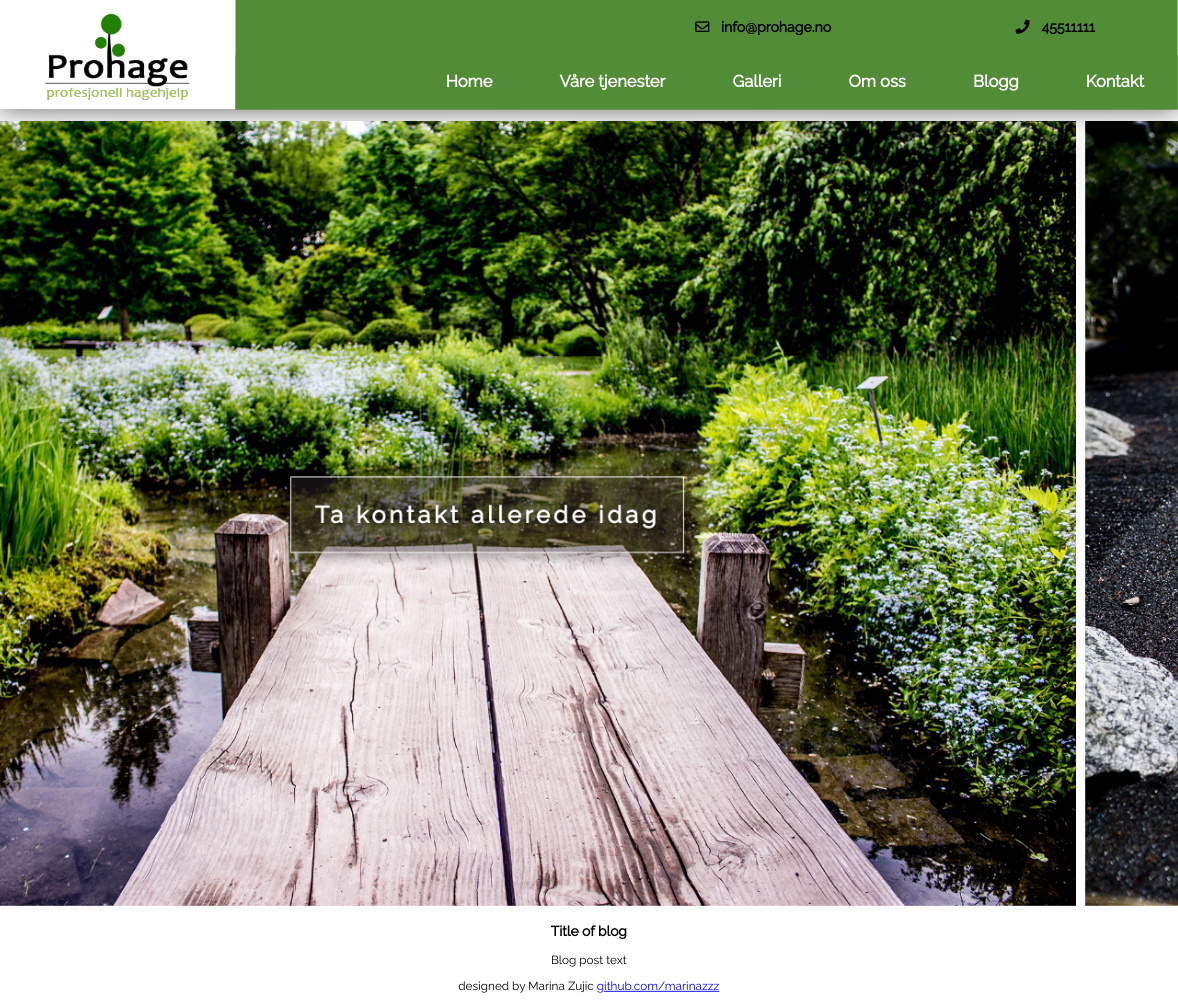
Repository: marinazzz/garden-design-website
Page: index.html
These files come from the project's save history. The page is drawn as it stood at one moment and after the next save; the edit follows.
The browser window is 1280 px wide. The pictures show the whole page, at 92% of full size.

Above is the page before, as saved 2020-03-31 09:42:48.

After the next save:
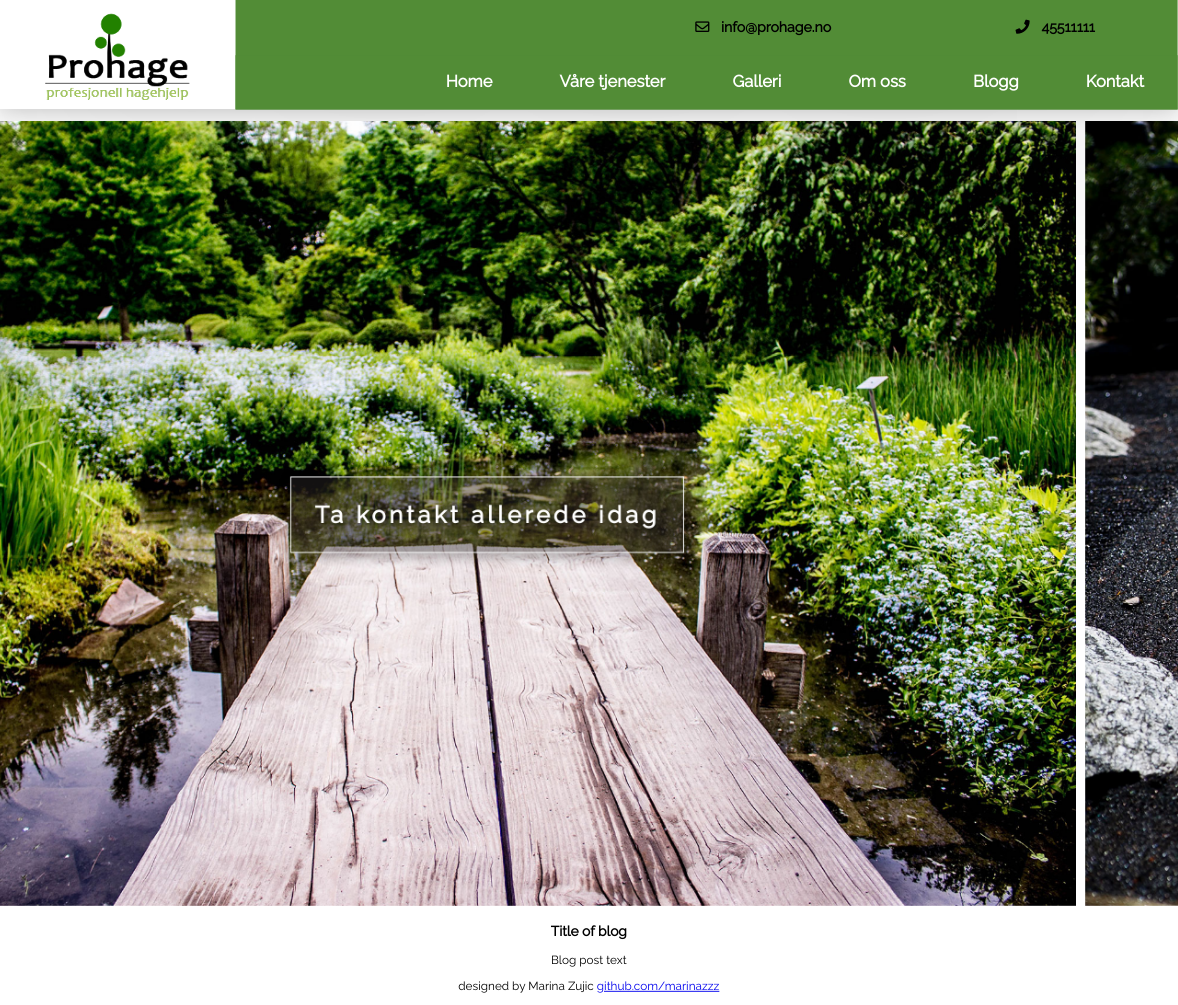
Saved 76 s later.
--- a/CSS/min-width-768px.css
+++ b/CSS/min-width-768px.css
@@ -14,7 +14,7 @@
 
    .container__menu {
     grid-template-columns: 2fr 80%;
-    box-shadow: 0 0 2rem 0 rgba(0, 0, 0, 0.62), 0 0 30rem 0 rgba(0, 0, 0, 0.19);
+    box-shadow: 1rem 0.6rem -0.6rem grey;
   }
 
   .container__items {

After the save that followed:
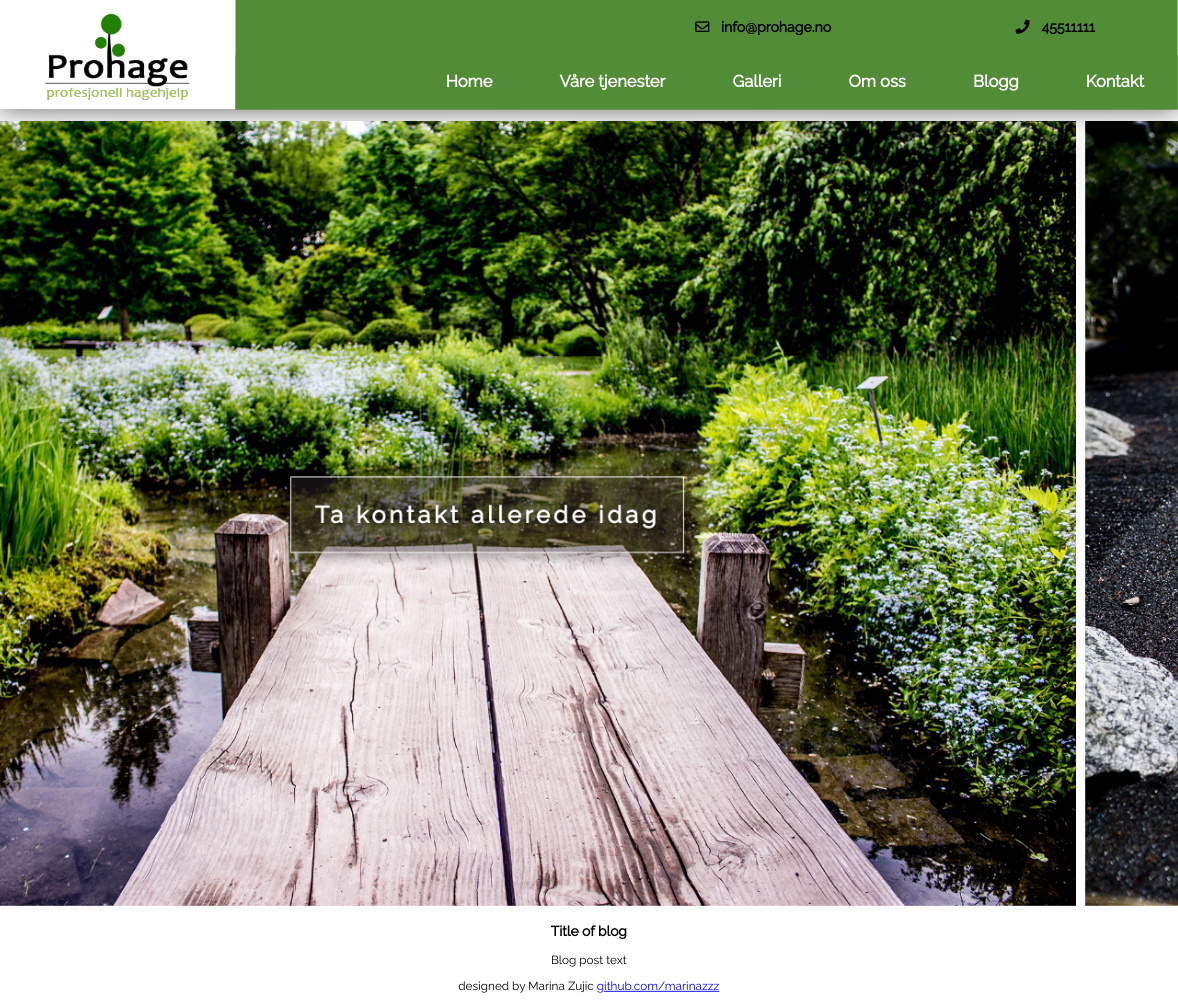
Saved 63 s later.
--- a/CSS/min-width-768px.css
+++ b/CSS/min-width-768px.css
@@ -14,7 +14,7 @@
 
    .container__menu {
     grid-template-columns: 2fr 80%;
-    box-shadow: 1rem 0.6rem -0.6rem grey;
+    box-shadow: 0 0 2rem 0 rgba(0, 0, 0, 0.62), 0 0 30rem 0 rgba(0, 0, 0, 0.19);
   }
 
   .container__items {
